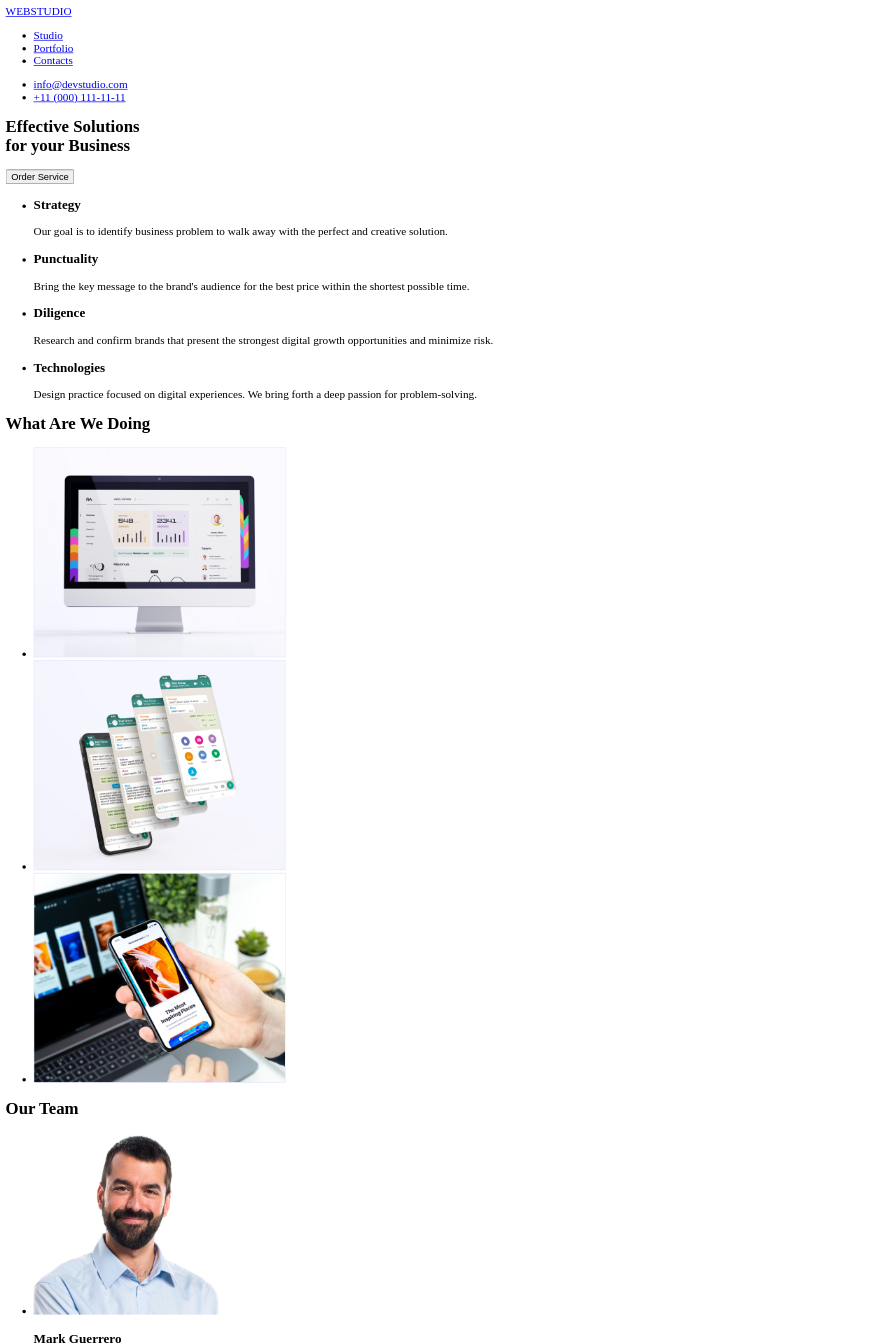
Repository: jandiman/goit-markup-hw-02
Page: index.html
These files come from the project's save history. The page is drawn as it stood at one moment and after the next save; the edit follows.
The browser window is 1280 px wide. The pictures show the part of the page from y = 0 to 1920 px (the page is 3152 px tall before and 3174 px after), at 70% of full size.

Above is the page before, as saved 2023-07-04 22:33:29.

### index.html
<!DOCTYPE html>
<html lang="en">
  <head>
    <meta charset="UTF-8" />
    <meta name="viewport" content="width=device-width, initial-scale=1.0" />
    <title>Homework 2</title>
    <link
      rel="stylesheet"
      href="https://fonts.googleapis.com/css?family=Roboto|Raleway"
    />
    <link rel="stylesheet" href="./css/styles.css" />
  </head>

  <body>
    <!--Header-->
    <header>
      <nav>
        <!--Logo-->
        <a href="./index.html" class="a">WEBSTUDIO</a>
        <!--links-->
        <ul>
          <li>
            <a href="./index.html" class="c">Studio</a>
          </li>
          <li><a href="./portfolio.html" class="c">Portfolio</a></li>
          <li><a href="#" class="c">Contacts</a></li>
        </ul>
      </nav>
      <!--contact info-->
      <ul>
        <li>
          <a href="mailto:info@devstudio.com" class="b">info@devstudio.com</a>
        </li>
        <li><a href="tel:+110001111111" class="b">+11 (000) 111-11-11</a></li>
      </ul>
    </header>

    <main>
      <!--Hero Image-->
      <section>
        <h1 class="hero">Effective Solutions <br />for your Business</h1>
        <button type="button">Order Service</button>
      </section>

      <!--Section 1-->
      <section>
        <ul>
          <li>
            <h3>Strategy</h3>
            <p>
              Our goal is to identify business problem to walk away with the
              perfect and creative solution.
            </p>
          </li>
          <li>
            <h3>Punctuality</h3>
            <p>
              Bring the key message to the brand's audience for the best price
              within the shortest possible time.
            </p>
          </li>
          <li>
            <h3>Diligence</h3>
            <p>
              Research and confirm brands that present the strongest digital
              growth opportunities and minimize risk.
            </p>
          </li>
          <li>
            <h3>Technologies</h3>
            <p>
              Design practice focused on digital experiences. We bring forth a
              deep passion for problem-solving.
            </p>
          </li>
        </ul>
      </section>

      <!--Section 2-->
      <section>
        <h2>What Are We Doing</h2>
        <ul>
          <li>
            <img
              src="./images/section 2 images/img 1.jpg"
              alt="monitor"
              width="360"
            />
          </li>
          <li>
            <img
              src="./images/section 2 images/img 2.jpg"
              alt="phone"
              width="360"
            />
          </li>
          <li>
            <img
              src="./images/section 2 images/img 3.jpg"
              alt="phone and laptop"
              width="360"
            />
          </li>
        </ul>
      </section>

      <!--Section 3-->
      <section>
        <h2>Our Team</h2>
        <ul>
          <li>
            <img
              src="./images/Section 3 images/member 1.jpg"
              alt="Mark Guerrero"
              width="264"
            />
            <h3>Mark Guerrero</h3>
            <p>Product Designer</p>
          </li>
          <li>
            <img
              src="./images/Section 3 images/member 2.jpg"
              alt="Tom Ford"
              width="264"
            />
            <h3>Tom Ford</h3>
            <p>Frontend Developer</p>
          </li>
          <li>
            <img
              src="./images/Section 3 images/member 3.jpg"
              alt="Camila Garcia"
              width="264"
            />
            <h3>Camila Garcia</h3>
            <p>Marketing</p>
          </li>
          <li>
            <img
              src="./images/Section 3 images/member 4.jpg"
              alt="Daniel Wilson"
              width="264"
            />
            <h3>Daniel Wilson</h3>
            <p>UI Designer</p>
          </li>
        </ul>
      </section>
    </main>

    <!--Footer-->
    <footer>
      <a href="./index.html">WEBSTUDIO</a>
      <p>
        Increase the flow of customers and sales <br />for your business with
        digital <br />marketing & growth solutions.
      </p>
    </footer>
  </body>
</html>

### css/styles.css
body h1 .hero {
  font-family: "Roboto";
  font-weight: 700;
}

a .a {
  font-family: "Raleway";
  font-weight: 800;
}

a .b {
  font-family: "Roboto";
  font-weight: 400;
}

a .c {
  font-family: "Roboto";
  font-weight: 500;
}

a .d {
  font-family: "Roboto";
  font-weight: 700;
}

a .e {
  font-family: "Roboto";
  font-weight: 900;
}

After the next save:
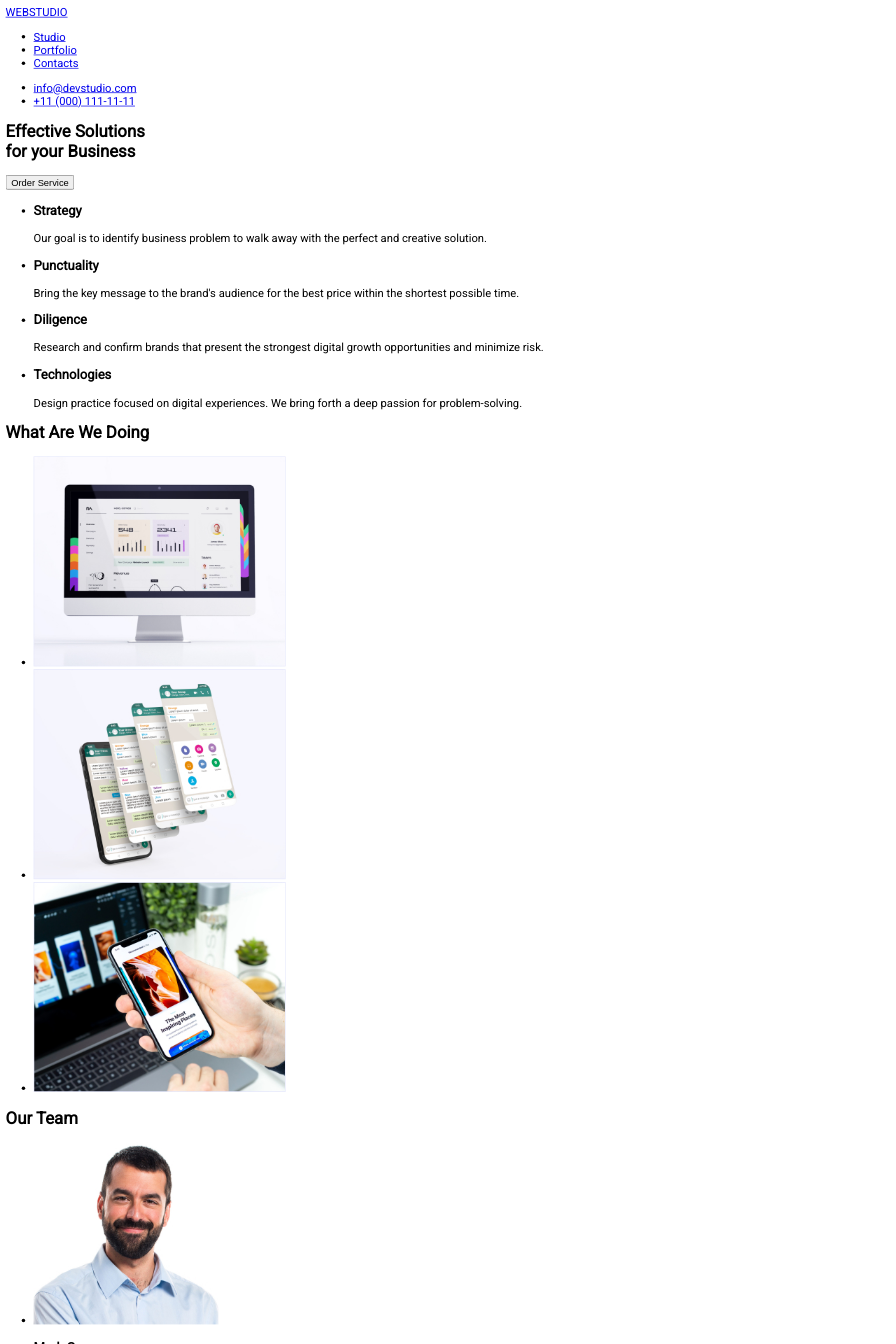
Saved 95 s later.
--- a/css/styles.css
+++ b/css/styles.css
@@ -1,4 +1,8 @@
-body h1 .hero {
+body {
+  font-family: "Roboto";
+}
+
+h1 .hero {
   font-family: "Roboto";
   font-weight: 700;
 }

After the save that followed:
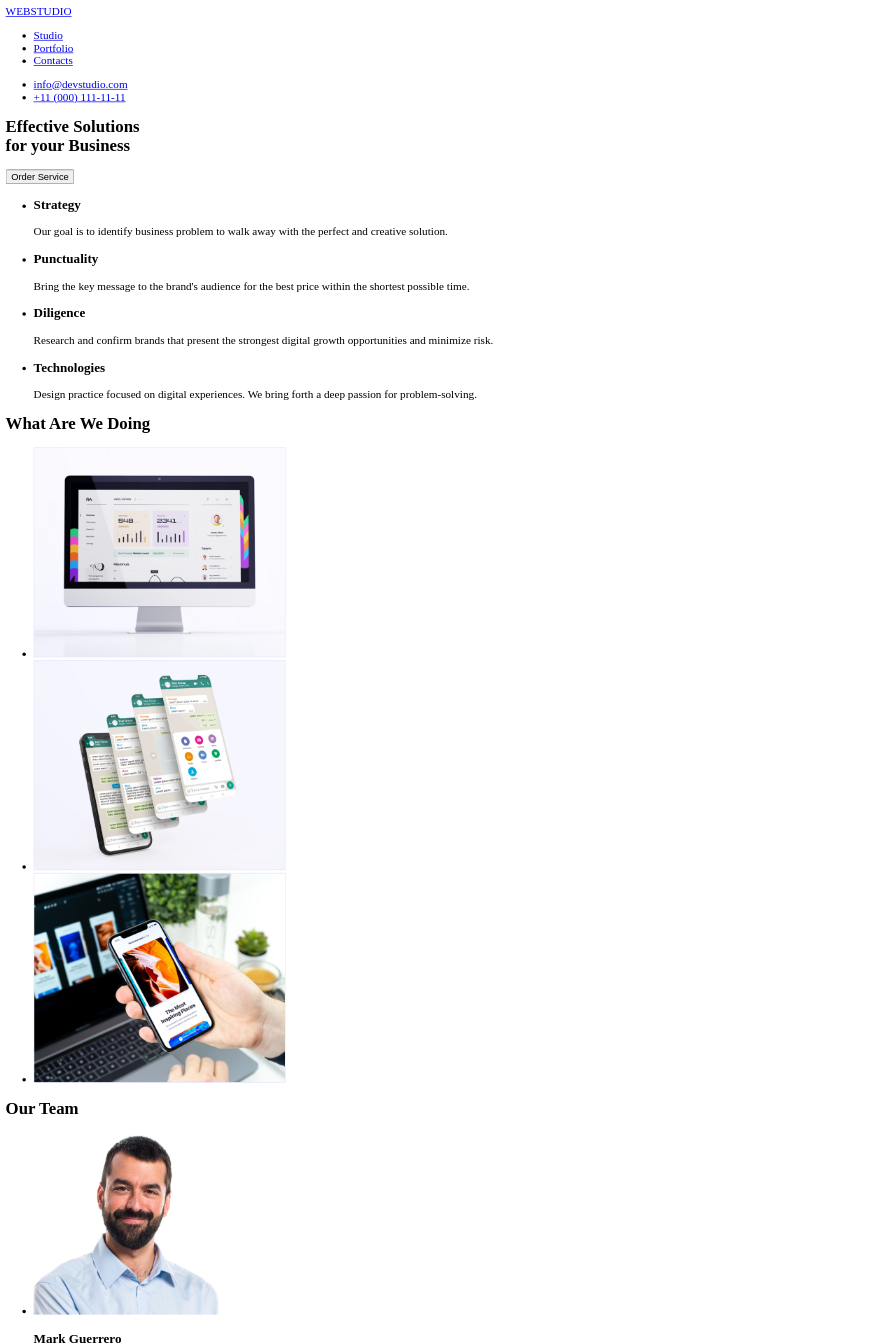
Saved 17 s later.
--- a/css/styles.css
+++ b/css/styles.css
@@ -1,5 +1,5 @@
 body {
-  font-family: "Roboto";
+  font-family: "Roboto":sans-serif;
 }
 
 h1 .hero {
